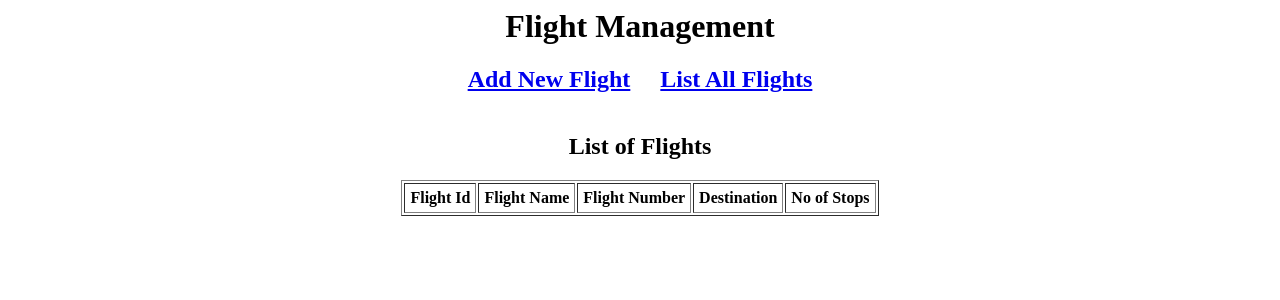
Repository: pawankas/Java_Mini_Project
Page: http://localhost/AirReservation/list
The author's editor kept a copy of each file at every save. The page is drawn from the files as they stood at one save, then again after the next save.
The browser window is 1280 px wide. The pictures show the whole page.
The page is served by Tomcat 9. Other server files are loaded and not shown. Queries for data that is not in the repository find no rows.

Above is the page before, as saved 2022-03-15 06:17:59.

### Mini_Project_Java/AirReservation/WebContent/FlightList.jsp
<%@ page language="java" contentType="text/html; charset=UTF-8"
    pageEncoding="UTF-8"%>
<%@ taglib uri="http://java.sun.com/jsp/jstl/core" prefix="c" %>
<html>
<head>
    <title>Flight Reservation System</title>
</head>
<body>
    <center>
        <h1>Flight Management</h1>
        <h2>
            <a href="new">Add New Flight</a>
            &nbsp;&nbsp;&nbsp;
            <a href="list">List All Flights</a>

        </h2>
    </center>
    <div align="center">
        <table border="1" cellpadding="5">
            <caption><h2>List of Flights</h2></caption>
            <tr>
                <th>Flight Id</th>
                <th>Flight Name</th>
                <th>Flight Number</th>
                <th>Destination</th>
                <th>No of Stops</th>
            </tr>
          <c:forEach var="flight" items="${FlightList}">

                                <tr>
                                    <td>
                                        <c:out value="${flight.flightId}" />
                                    </td>
                                    <td>
                                        <c:out value="${flight.flightName}" />
                                    </td>
                                    <td>
                                        <c:out value="${flight.flightNumber}" />
                                    </td>
                                    <td>
                                        <c:out value="${flight.destination}" />
                                    </td>
                                    <td>
                                        <c:out value="${flight.noOfStops}" />
                                    </td>
                                    <td><a href="edit?flightId=<c:out value='${flight.flightId}' />">Edit</a> &nbsp;&nbsp;&nbsp;&nbsp; <a href="delete?flightId=<c:out value='${flight.flightId}' />">Delete</a></td>
                                </tr>
                            </c:forEach>

        </table>
    </div>
</body>
</html>

### Mini_Project_Java/AirReservation/src/com/cybage/controller/FlightControllerServlet.java
package com.cybage.controller;


import java.io.IOException;
import java.sql.SQLException;
import java.util.List;

import javax.servlet.RequestDispatcher;
import javax.servlet.ServletException;
import javax.servlet.annotation.WebServlet;
import javax.servlet.http.HttpServlet;
import javax.servlet.http.HttpServletRequest;
import javax.servlet.http.HttpServletResponse;

import com.cybage.dao.FlightDao;
import com.cybage.model.Flight;


/**
 * ControllerServlet.java
 * This servlet acts as a page controller for the application, handling all
 * requests from the user.
 * @email Ramesh Fadatare
 */

@WebServlet("/")
public class FlightControllerServlet extends HttpServlet {
    private static final long serialVersionUID = 1L;
    private FlightDao flightDao;

    public void init() {
    	flightDao = new FlightDao();
    }

    protected void doPost(HttpServletRequest request, HttpServletResponse response)
    throws ServletException, IOException {
        doGet(request, response);
    }

    protected void doGet(HttpServletRequest request, HttpServletResponse response)
    throws ServletException, IOException {
        String action = request.getServletPath();

        try {
            switch (action) {
                case "/new":
                    showNewForm(request, response);
//                    break;
                case "/insert":
                	insertFlight(request, response);
                    break;
                case "/delete":
                    deleteFlight(request, response);
                    break;
                case "/edit":
                    showEditForm(request, response);
                    break;
                case "/update":
                    updateFlight(request, response);
                    break;
                default:
                	FlightList(request, response);
                    break;
            }
        } catch (SQLException ex) {
            throw new ServletException(ex);
        }
    }

    private void FlightList(HttpServletRequest request, HttpServletResponse response)
    throws SQLException, IOException, ServletException {
        List < Flight > FlightList = flightDao.selectAllFlights();
        request.setAttribute("FlightList",FlightList);
        RequestDispatcher dispatcher = request.getRequestDispatcher("FlightList.jsp");
        dispatcher.forward(request, response);
    }

    private void showNewForm(HttpServletRequest request, HttpServletResponse response)
    throws ServletException, IOException {
        RequestDispatcher dispatcher = request.getRequestDispatcher("FlightForm.jsp");
        dispatcher.forward(request, response);
    }

    private void showEditForm(HttpServletRequest request, HttpServletResponse response)
    throws SQLException, ServletException, IOException {
        int flightId = Integer.parseInt(request.getParameter("flightId"));
        Flight existingFlight = flightDao.selectFlight(flightId);
        RequestDispatcher dispatcher = request.getRequestDispatcher("FlightForm.jsp");
        request.setAttribute("flight", existingFlight);
        dispatcher.forward(request, response);

    }

    private void insertFlight(HttpServletRequest request, HttpServletResponse response)
    throws SQLException, IOException {
        String flightName = request.getParameter("flightName");
        String flightNumber = request.getParameter("flightNumber");
        String source = request.getParameter("source");
        String destination  = request.getParameter("destination");
        String noOfStops  = request.getParameter("noOfStops");
        String date  = request.getParameter("date");
        String time  = request.getParameter("time");
        double price  = Double.parseDouble(request.getParameter("price"));
        Flight newFlight = new Flight(flightName, flightNumber,source, destination, noOfStops, date, time, price);
        flightDao.insertFlight(newFlight);
        response.sendRedirect("list");
    }

    private void updateFlight(HttpServletRequest request, HttpServletResponse response)
    throws SQLException, IOException {
        int flightId  = Integer.parseInt(request.getParameter("flightId"));
        String flightName = request.getParameter("flightName");
        String flightNumber = request.getParameter("flightNumber");
        String source = request.getParameter("source");
        String destination = request.getParameter("destination");
        String noOfStops = request.getParameter("noOfStops");
        String date = request.getParameter("date");
        String time = request.getParameter("time");
        double price = Double.parseDouble(request.getParameter("price"));

        Flight flight = new Flight(flightId, flightName, flightNumber,source, destination, noOfStops, date, time, price);
        flightDao.updateFlight(flight);
        response.sendRedirect("list");
    }

    private void deleteFlight(HttpServletRequest request, HttpServletResponse response)
    throws SQLException, IOException {
    	System.out.println(request.getParameter("flightId"));
    	try {
			int flightId = Integer.parseInt(request.getParameter("flightId"));
			flightDao.deleteFlight(flightId);

		} catch (NumberFormatException e) {
			// TODO Auto-generated catch block
			e.printStackTrace();
		}
        response.sendRedirect("list");
    }

}

After the next save:
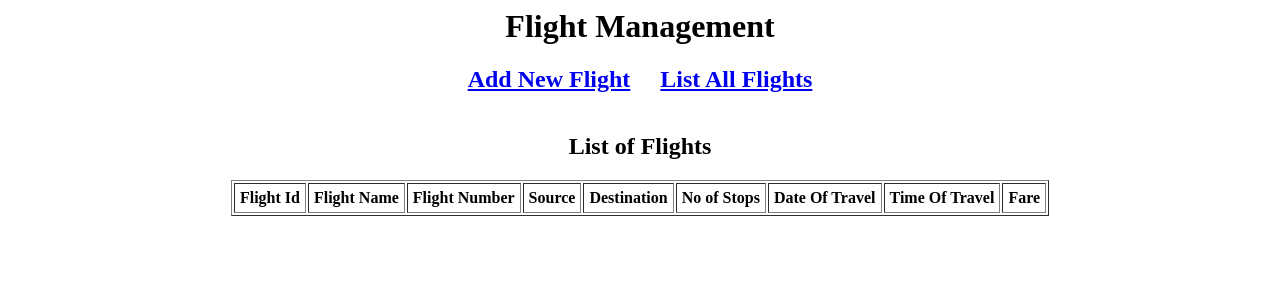
Saved 87 s later.
--- a/Mini_Project_Java/AirReservation/WebContent/FlightList.jsp
+++ b/Mini_Project_Java/AirReservation/WebContent/FlightList.jsp
@@ -22,8 +22,12 @@
                 <th>Flight Id</th>
                 <th>Flight Name</th>
                 <th>Flight Number</th>
+                <th>Source</th>
                 <th>Destination</th>
                 <th>No of Stops</th>
+                <th>Date Of Travel</th>
+                <th>Time Of Travel</th>
+                <th>Fare</th>
             </tr>
           <c:forEach var="flight" items="${FlightList}">
 
